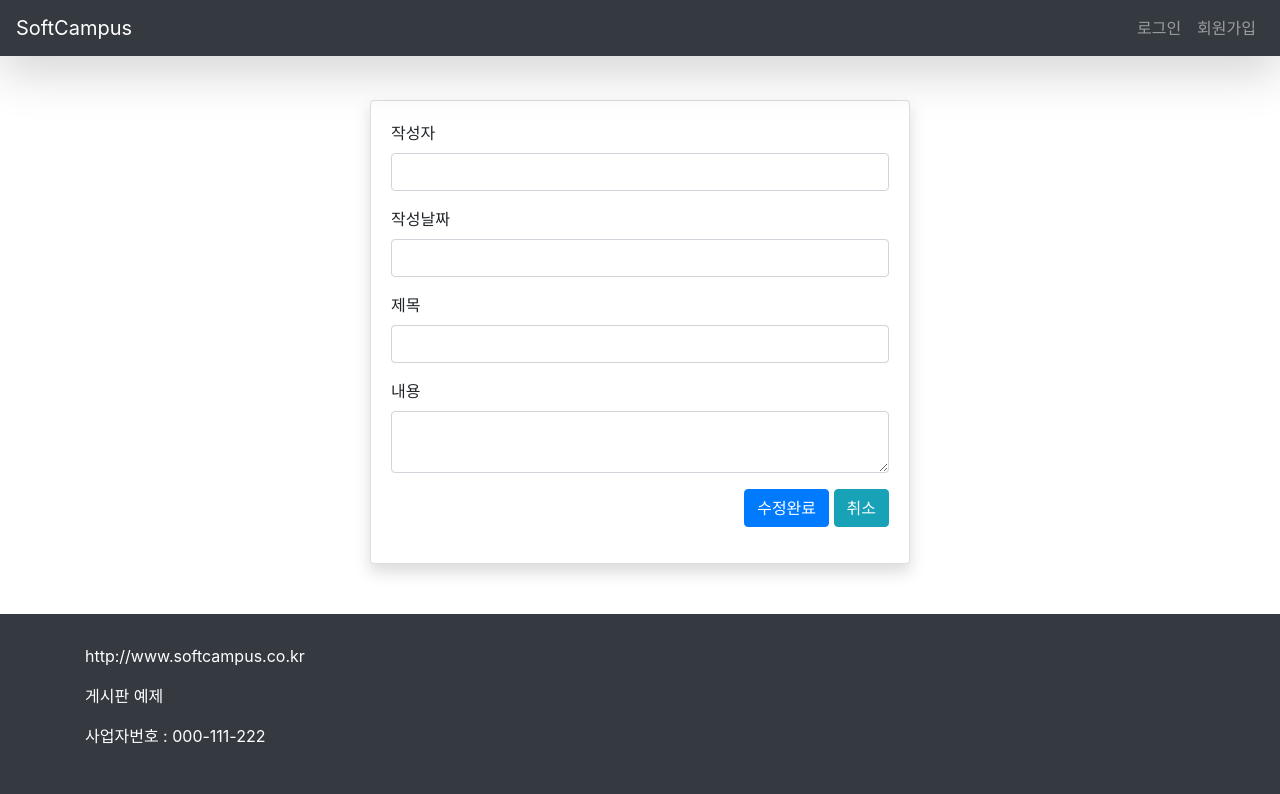
Repository: Wunhyeon/SpringMVC
Page: http://localhost/MiniProjectJava/WEB-INF/views/board/modify.jsp
The author's editor kept a copy of each file at every save. The page is drawn from the files as they stood at one save, then again after the next save.
The browser window is 1280 px wide. The pictures show the whole page.
The page is served by Tomcat 9. Nobody is signed in. Other server files are loaded and not shown. The template is opened directly, without the code that normally fills it, so the values that code supplies are empty.

Above is the page before, as saved 2020-09-08 23:24:24.

### MiniProjectJava/WebContent/WEB-INF/views/board/modify.jsp
<%@ page language="java" contentType="text/html; charset=UTF-8"
    pageEncoding="UTF-8"%>
<%@ taglib prefix="c" uri="http://java.sun.com/jsp/jstl/core" %>
<c:set var="root" value="${pageContext.request.contextPath }/"></c:set>
<%@ taglib prefix="form" uri="http://www.springframework.org/tags/form" %>
<!DOCTYPE html>
<html>
<head>
<meta charset="UTF-8">
<meta name="viewport" content="width=device-width, initial-scale=1">
<title>미니 프로젝트</title>
<!-- Bootstrap CDN -->
<link rel="stylesheet" href="https://maxcdn.bootstrapcdn.com/bootstrap/4.1.0/css/bootstrap.min.css">
<script src="https://ajax.googleapis.com/ajax/libs/jquery/3.3.1/jquery.min.js"></script>
<script src="https://cdnjs.cloudflare.com/ajax/libs/popper.js/1.14.0/umd/popper.min.js"></script>
<script src="https://maxcdn.bootstrapcdn.com/bootstrap/4.1.0/js/bootstrap.min.js"></script>
</head>
<body>

<c:import url="/WEB-INF/views/include/top_menu.jsp"></c:import>

<div class="container" style="margin-top:100px">
	<div class="row">
		<div class="col-sm-3"></div>
		<div class="col-sm-6">
			<div class="card shadow">
				<div class="card-body">
					<form:form action="${root }board/modify_pro" method="post" modelAttribute="modifyInfoBean" enctype="multipart/form-data">
						<div class="form-group">
							<form:label path="content_writer_name">작성자</form:label>
							<form:input path="content_writer_name" class="form-control"/>
						</div>
						<div class="form-group">
							<form:label path="content_date">작성날짜</form:label>
							<form:input path="content_date" class="form-control"/>
						</div>
						<div class="form-group">
							<form:label path="content_subject">제목</form:label>
							<form:input path="content_subject" class="form-control"/>
						</div>
						<div class="form-group">
							<form:label path="content_text">내용</form:label>
							<form:textarea path="content_text" class="form-control"/>
						</div>
						<c:if test="${modifyInfoBean.content_file != null }">
							<div class="form-group">
							<form:label path="content_file">첨부 이미지</form:label>
							<img src="${root }upload/${modifyInfoBean.content_file}" width="100%"/>
							<form:input type="file" path="upload_file" class="form-control" accept="image/*"/>
						</div>
						</c:if>

						<div class="form-group">
							<div class="text-right">
								<button type="submit" class="btn btn-primary">수정완료</button>
								<a href="${root }board/read?board_info_idx=${modifyInfoBean.content_board_idx}&content_idx=${content_idx}" class="btn btn-info">취소</a>
							</div>
						</div>
					</form:form>
				</div>
			</div>
		</div>
		<div class="col-sm-3"></div>
	</div>
</div>

<c:import url="/WEB-INF/views/include/bottom_info.jsp"></c:import>

</body>
</html>

### MiniProjectJava/WebContent/WEB-INF/views/include/top_menu.jsp
<%@ page language="java" contentType="text/html; charset=UTF-8"
	pageEncoding="UTF-8"%>
<%@ taglib prefix="c" uri="http://java.sun.com/jsp/jstl/core"%>
<%-- <c:url var='root' value='/'></c:url> --%>
<c:set var="root" value="${pageContext.request.contextPath }/"></c:set>

<!-- 상단 메뉴 부분 -->
<nav
	class="navbar navbar-expand-md bg-dark navbar-dark fixed-top shadow-lg">
	<a class="navbar-brand" href="${root }main">SoftCampus</a>
	<button class="navbar-toggler" type="button" data-toggle="collapse"
		data-target="#navMenu">
		<span class="navbar-toggler-icon"></span>
	</button>
	<div class="collapse navbar-collapse" id="navMenu">
		<ul class="navbar-nav">
			<c:forEach var="obj" items="${topMenuList }">
				<a href="${root }board/main?board_info_idx=${obj.board_info_idx}"
					class="nav-link">${obj.board_info_name }</a>
			</c:forEach>


		</ul>

		<ul class="navbar-nav ml-auto">
			<c:choose>
				<c:when test="${loginUserBean.userLogin == true }">
					<li class="nav-item"><a href="${root }user/modify"
						class="nav-link">정보수정</a></li>
					<li class="nav-item"><a href="${root }user/logout"
						class="nav-link">로그아웃</a></li>
				</c:when>
				<c:otherwise>
					<li class="nav-item"><a href="${root }user/login"
						class="nav-link">로그인</a></li>
					<li class="nav-item"><a href="${root }user/join"
						class="nav-link">회원가입</a></li>
				</c:otherwise>
			</c:choose>


		</ul>
	</div>
</nav>

### MiniProjectJava/WebContent/WEB-INF/views/include/bottom_info.jsp
<%@ page language="java" contentType="text/html; charset=UTF-8"
    pageEncoding="UTF-8"%>
<div class="container-fluid bg-dark text-white" style="margin-top:50px;padding-top:30px;padding-bottom:30px">
	<div class="container">
		<p>http://www.softcampus.co.kr</p>
		<p>게시판 예제</p>
		<p>사업자번호 : 000-111-222</p>
	</div>
</div>

After the next save:
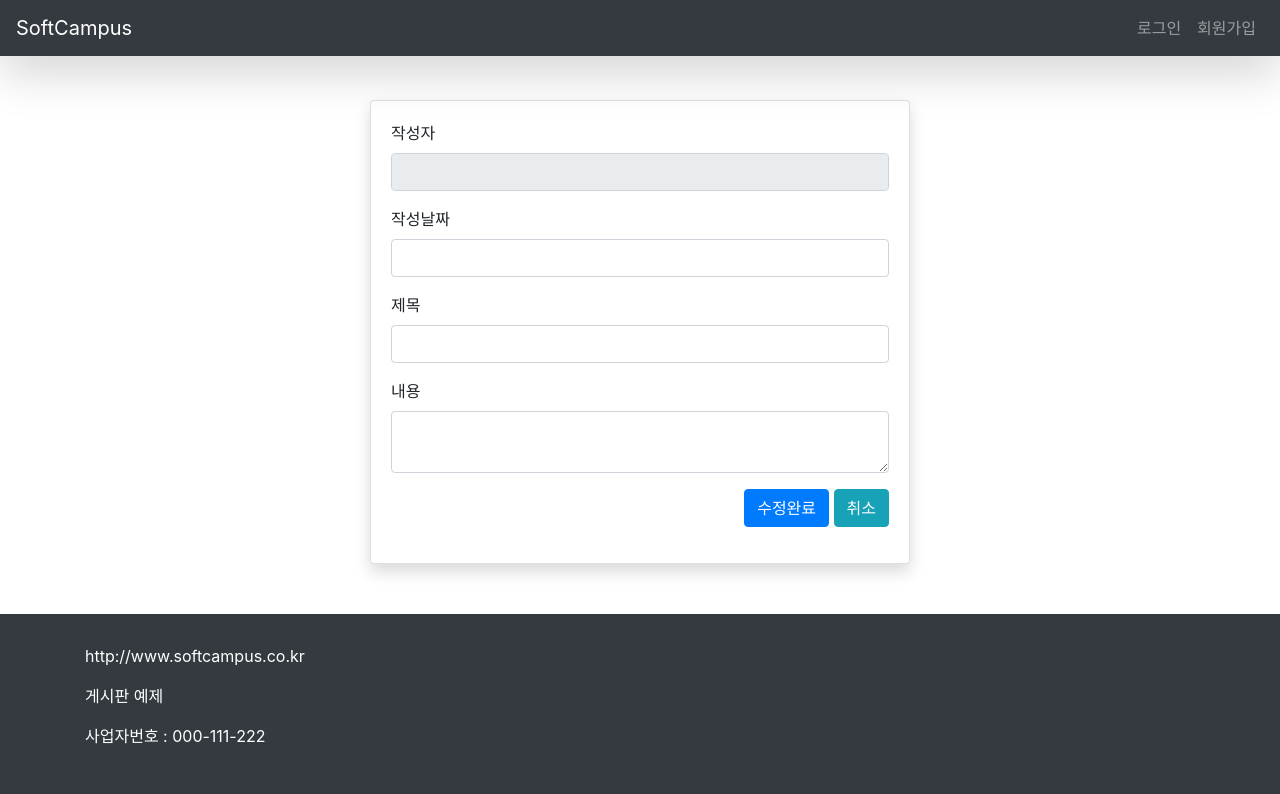
Saved 78 s later.
--- a/MiniProjectJava/WebContent/WEB-INF/views/board/modify.jsp
+++ b/MiniProjectJava/WebContent/WEB-INF/views/board/modify.jsp
@@ -28,7 +28,7 @@
 					<form:form action="${root }board/modify_pro" method="post" modelAttribute="modifyInfoBean" enctype="multipart/form-data">
 						<div class="form-group">
 							<form:label path="content_writer_name">작성자</form:label>
-							<form:input path="content_writer_name" class="form-control"/>
+							<form:input path="content_writer_name" class="form-control" readonly="true"/>
 						</div>
 						<div class="form-group">
 							<form:label path="content_date">작성날짜</form:label>
